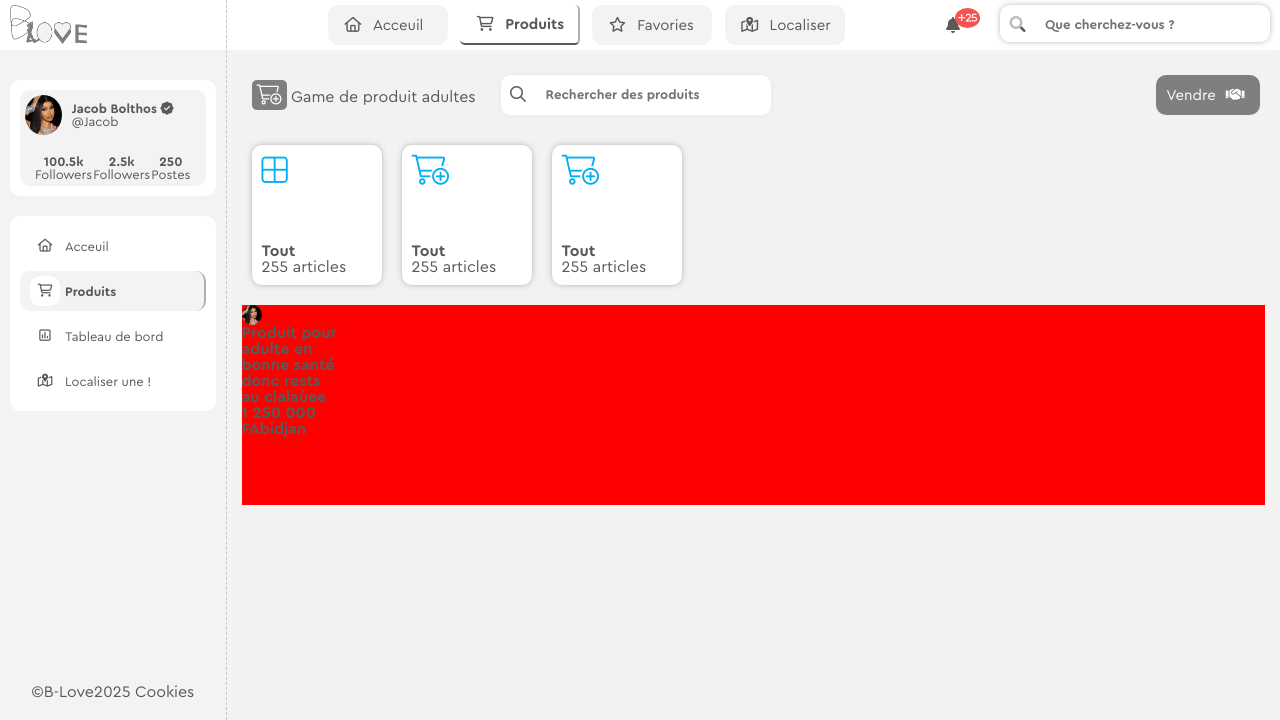
Repository: moomoony-log/b-love
Page: /home/product
An editor plug-in stored every save of this project. The page is shown before and after the next save, followed by the edit.
The browser window is 1280 px wide. The pictures show the whole page.
The project was rebuilt for these pictures with package versions that can differ from the ones it lists, and the page was loaded fresh each time. Also part of the build but not shown: vite.config.ts, src/rules/legacy.tsx, src/rules/privacy.tsx, src/view/auth.tsx, src/view/main/acceuil.tsx, src/view/main/dashbord.tsx, src/view/main/info-account.tsx, src/view/main/account.tsx and 1 more.

Above is the page before, as saved 2025-10-02 16:27:20.

After the next save:
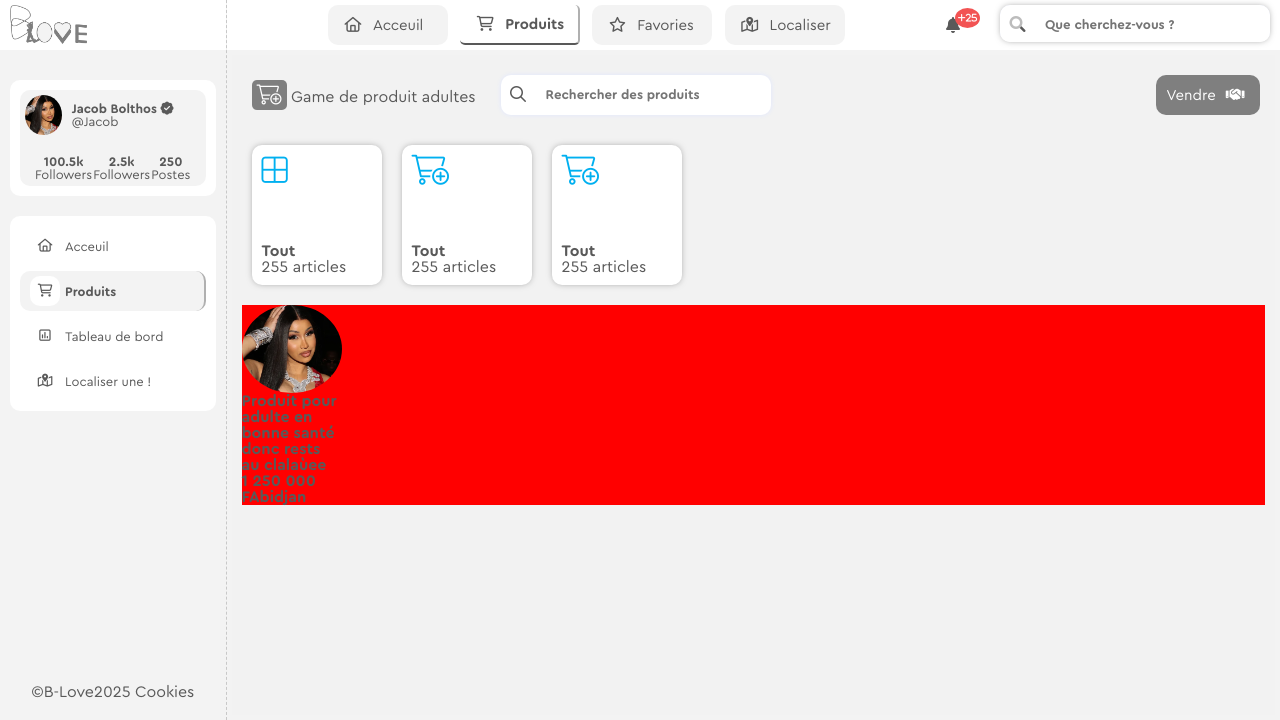
Saved 4 s later.
--- a/src/view/main/product.tsx
+++ b/src/view/main/product.tsx
@@ -46,7 +46,7 @@ const Product = () => {
         <div className="products-container">
 
             <div className="product-item">
-                <div className="cont-account-img" data-name="like"><img src="../img/cardi_b.webp" alt="account-image"/></div>
+                <div className="cont-account-img" data-name="product"><img src="../img/cardi_b.webp" alt="account-image"/></div>
                 <span className="descrip">Produit pour adulte en bonne santé donc rests au clalaùee</span>
                 <div className="detail">
                     <span>1 250 000 F</span>
